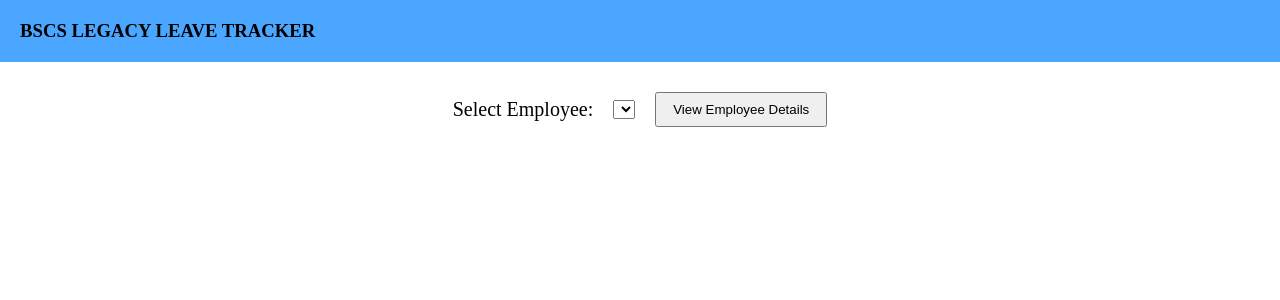
Repository: nani-samireddy/JSP-Leaves-App-with-mysql
Page: http://localhost/LeavesTracker/home
These files come from the project's save history. The page is drawn as it stood at one moment and after the next save; the edit follows.
The browser window is 1280 px wide. The pictures show the whole page.
Some web fonts or font styles are not loaded; a fallback is used. The page is served by Tomcat 10. Queries for data that is not in the repository find no rows.

Above is the page before, as saved 2023-01-22 16:47:45.

After the next save:
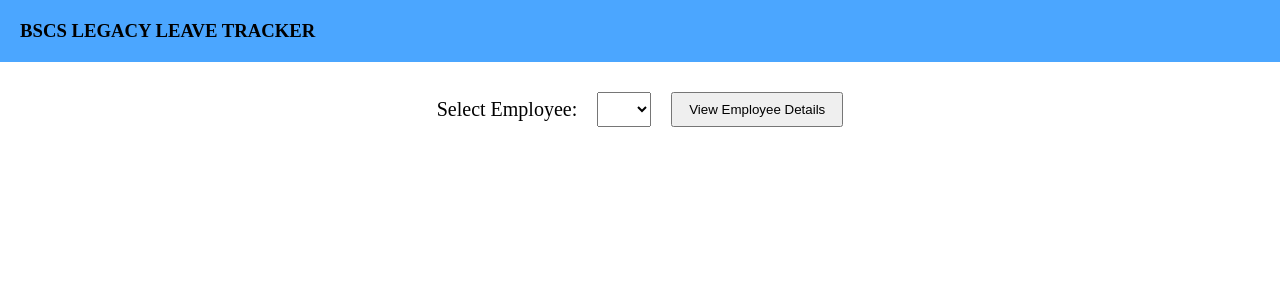
Saved 58 s later.
--- a/LeavesTracker/src/main/webapp/home.jsp
+++ b/LeavesTracker/src/main/webapp/home.jsp
@@ -63,7 +63,7 @@
 				padding: 8px 16px;
 				}
 
-				input[type=select]{
+				select{
 				padding: 8px 16px;
 				}
 			</style>
